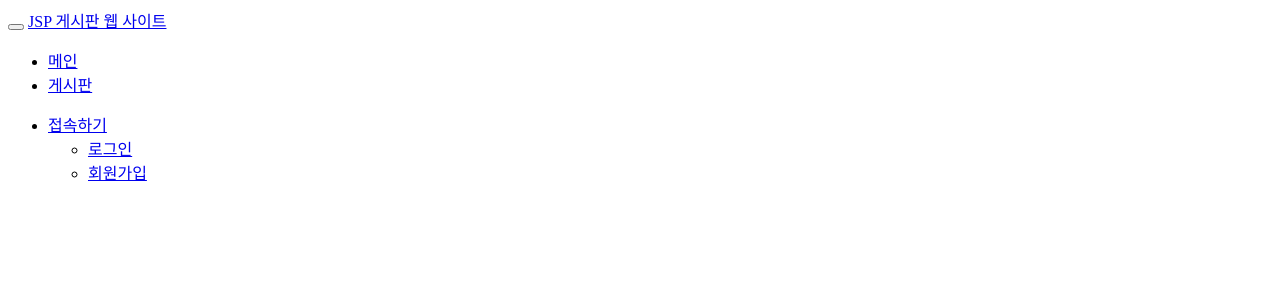
Repository: MinKyeong031/NoticeBoard-JSP-
Page: http://localhost/text/main.jsp
These files come from the project's save history. The page is drawn as it stood at one moment and after the next save; the edit follows.
The browser window is 1280 px wide. The pictures show the whole page.
Some web libraries are served in a nearby version. The page is served by Tomcat 9.

Above is the page before, as saved 2020-10-05 02:32:08.

After the next save:
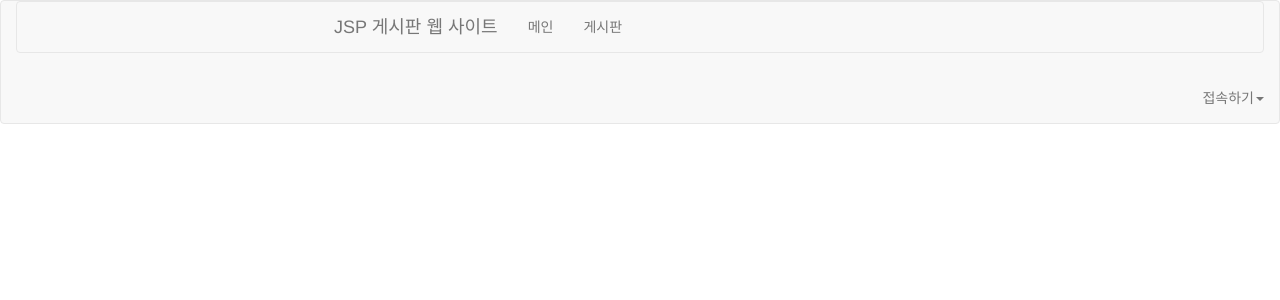
Saved 29 s later.
--- a/WS/text/WebContent/main.jsp
+++ b/WS/text/WebContent/main.jsp
@@ -4,15 +4,33 @@
 <html>
 <head>
 <meta charset="UTF-8">
-<title>Insert title here</title>
+<meta name="viewport" content="width=device-width" initial-scale="1"/>
+<link rel="stylesheet" href="css/bootstrap.css">
+<title>JSP 게시판 웹사이트</title>
 </head>
 <body>
 <%
-String userID = null;
-if(session.getAttribute("userID") != null){
-	userID = (String)session.getAttribute("userID");
-}
+	String userID = null;
+	// 로그인이 되어있으면 세션에 값이 있을 것이다.
+	if(session.getAttribute("userID") != null) {
+		userID = (String)session.getAttribute("userID");
+	}
 %>
+	<nav class="navbar navbar-default">
+		<div class="navbar-header">
+			<button type="button" class="navbar-toggle collapsed" data-toggle="collapse"
+			data-target="#bs-example-navbar-collapse-1" aria-expanded="false">
+				<span class="icon-bar"></span>
+				<span class="icon-bar"></span>
+				<span class="icon-bar"></span>
+			</button>
+			<a href="main.jsp" class="navbar-brand">JSP 게시판 웹 사이트</a>
+		</div>
+		<div class="collapse navbar-collapse" id="bs-example-navbar-collapse-1">
+			<ul class="nav navbar-nav">
+				<li><a href="main.jsp">메인</a></li>
+				<li><a href="bbs.jsp">게시판</a></li>
+			</ul>
 	<nav class="navbar navbar-default">
 		<div class="navbar-header">
 			<button type="button" class="navbar-toggle collapsed"
